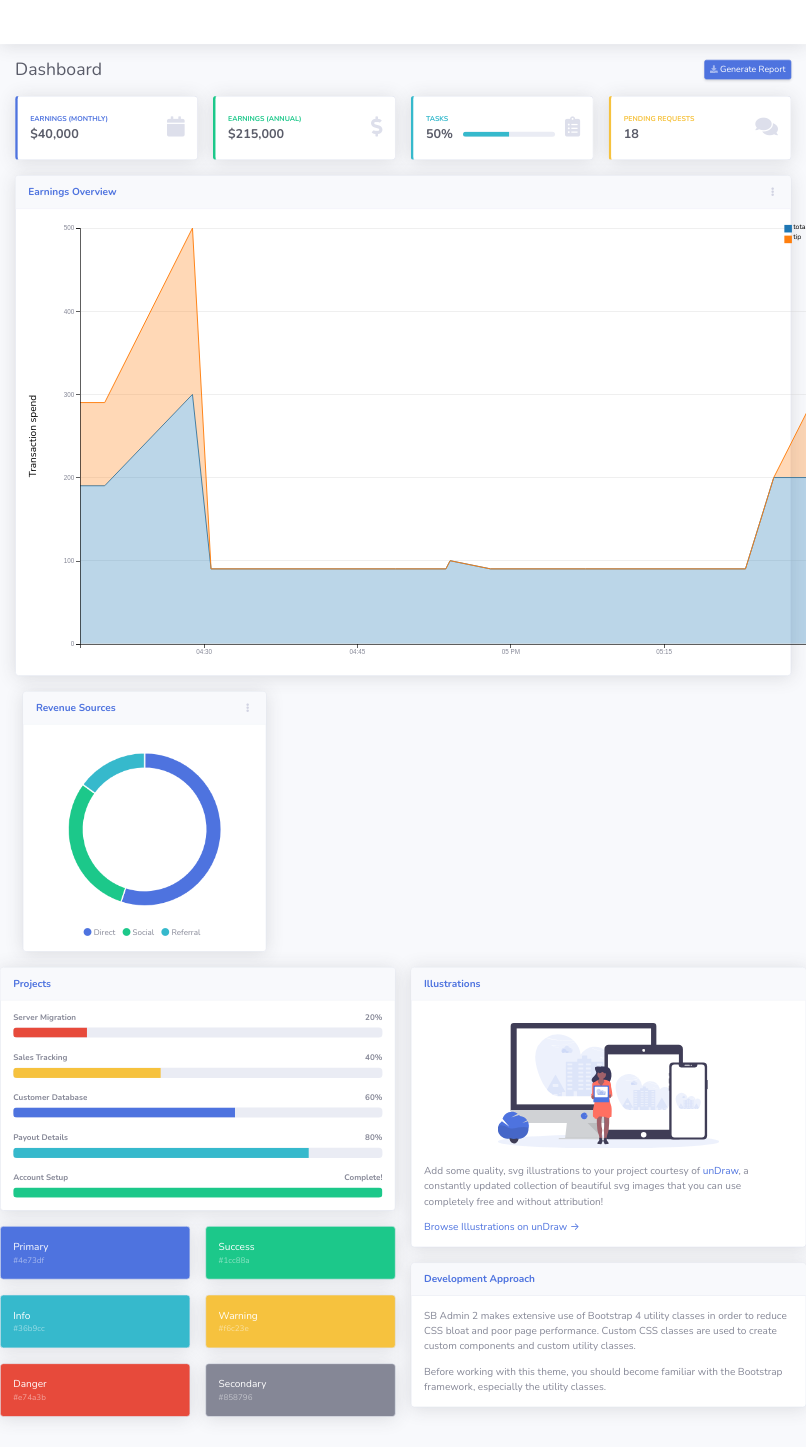
Repository: fLavery/NodeDashboard
Page: index.html
The author's editor kept a record of every edit. The page is drawn from the files as they stood at one moment, then again after the next edit.
The browser window is 1280 px wide. The pictures show the whole page, at 63% of full size.

Above is the page before.
Console error: TypeError: Cannot read properties of null (reading 'length')

After the next edit:
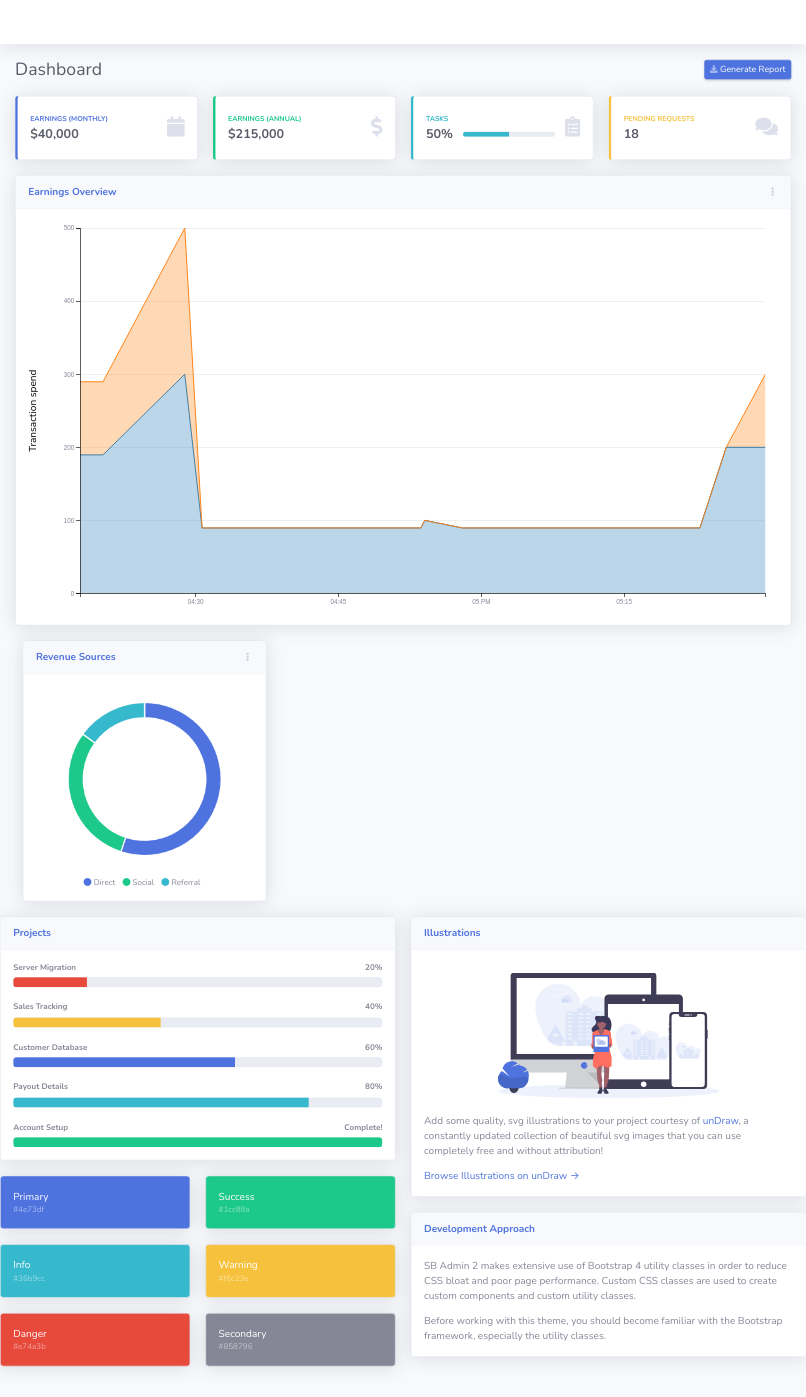
The edit:
--- a/index.html
+++ b/index.html
@@ -254,7 +254,7 @@
     lineChart.xAxis().ticks(4);
 
 
-    apply_resizing(lineChart, 20);
+    apply_resizing(lineChart, 100);
 
 
 dc.renderAll();
